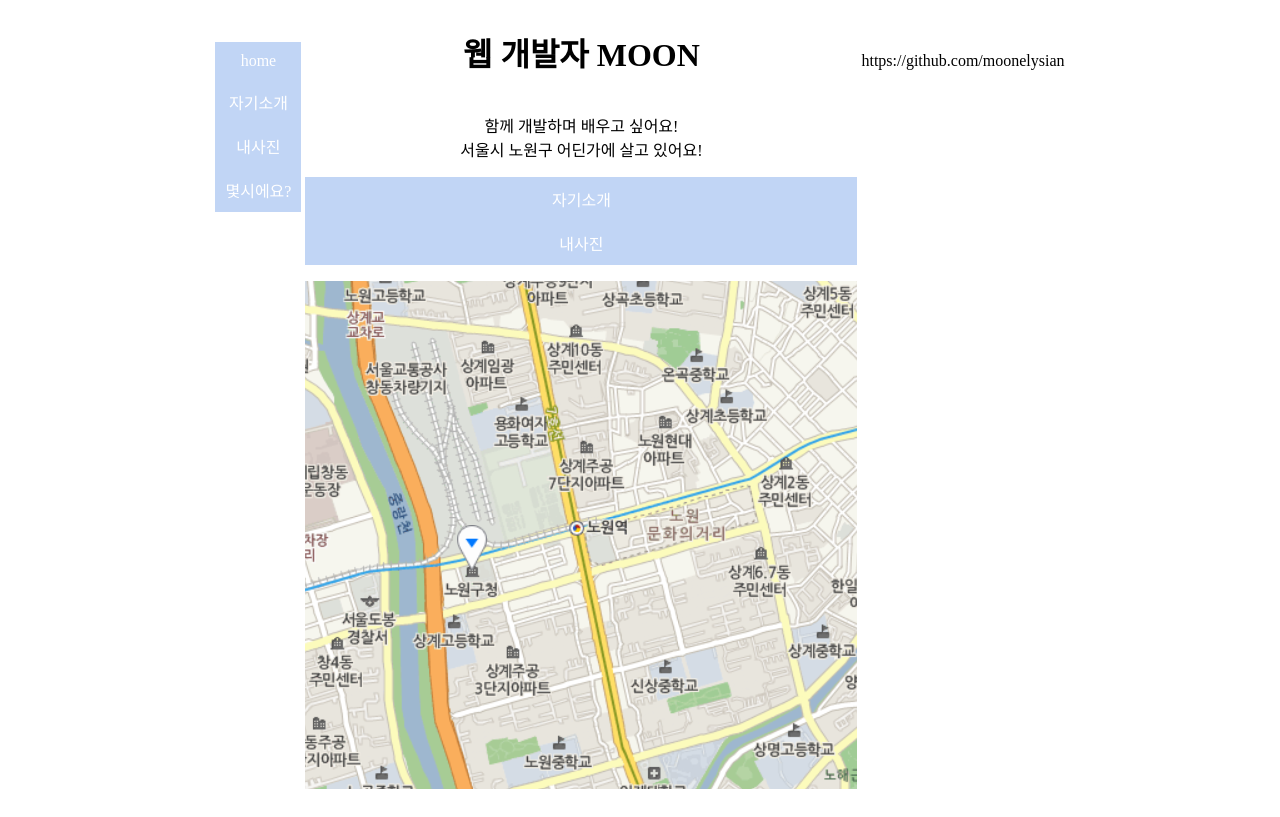
Repository: moonelysian/edwith-
Page: BE_PJT1-1/WebContent/index.html
These files come from the project's save history. The page is drawn as it stood at one moment and after the next save; the edit follows.
The browser window is 1280 px wide. The pictures show the whole page.

Above is the page before, as saved 2019-08-07 05:37:43.

After the next save:
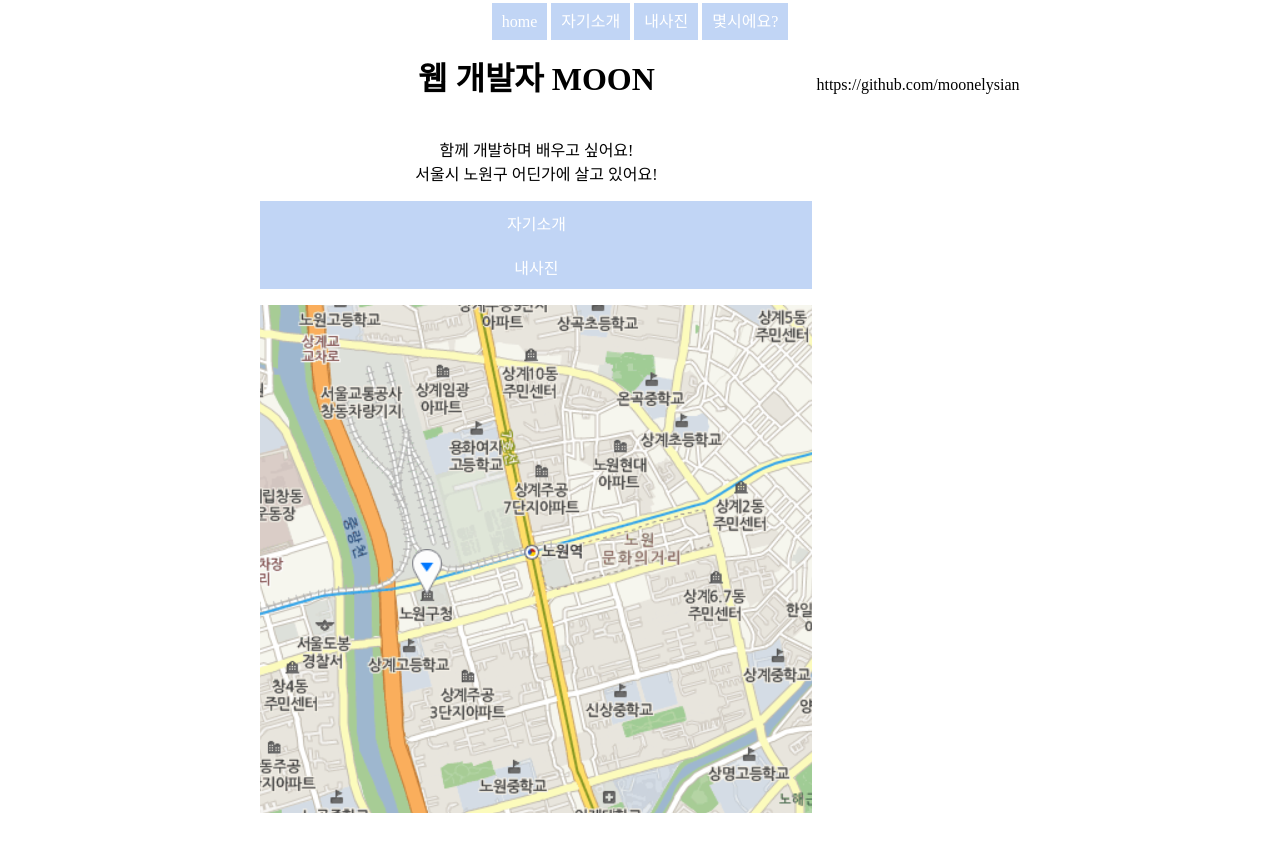
Saved 34 s later.
--- a/BE_PJT1-1/WebContent/index.html
+++ b/BE_PJT1-1/WebContent/index.html
@@ -7,7 +7,7 @@
 	</head>
 
 	<body>
-		<nav class="grid-container">
+		<nav>
 			<a href="index.html">home</a>
 			<a href="aboutme.html">자기소개</a>
 			<a href="picture.html">내사진</a>
